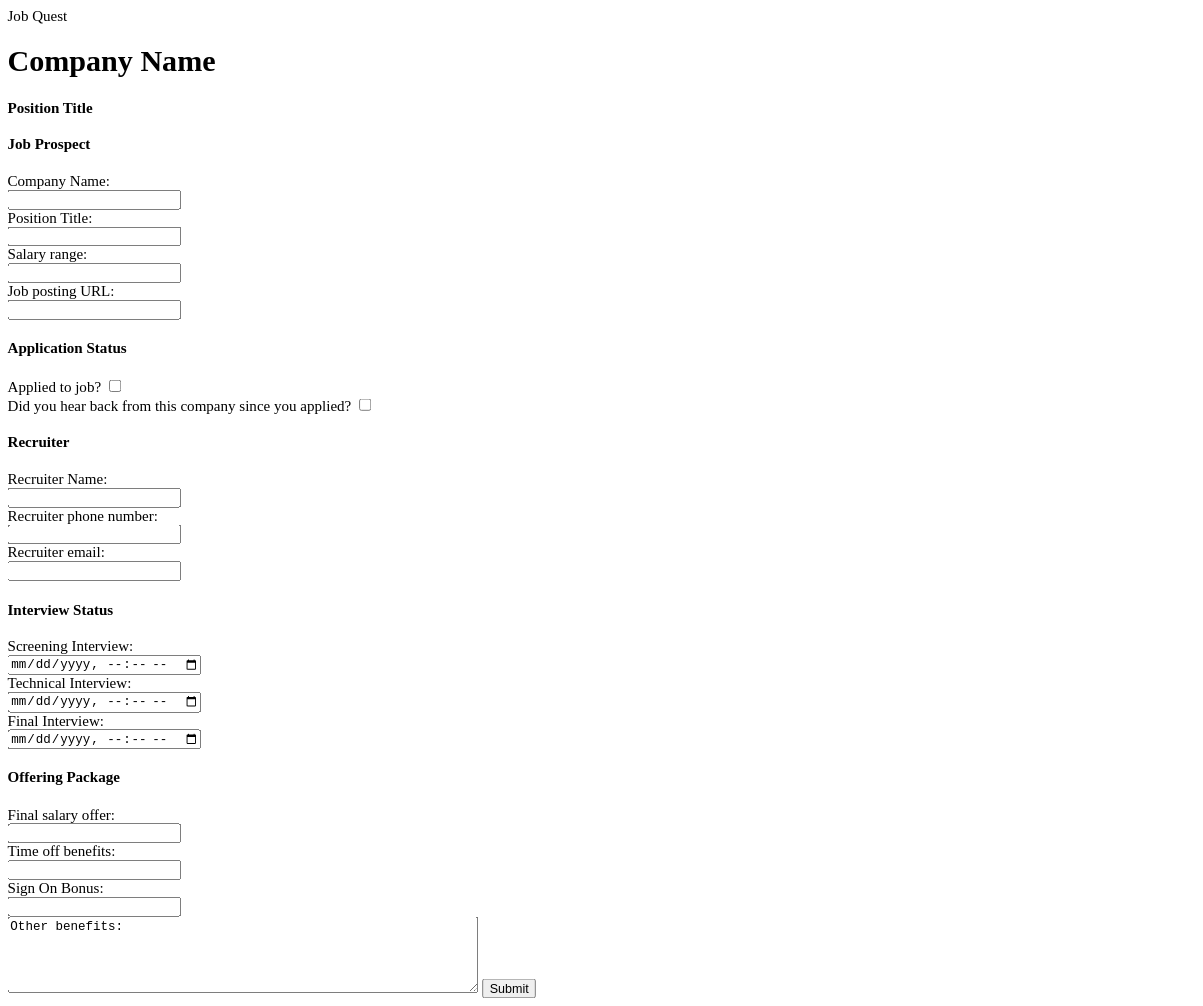
Repository: AllSystemsRGeorge/Job-Quest
Page: utils/mainPageHelper.html
The author's editor kept a copy of each file at every save. The page is drawn from the files as they stood at one save, then again after the next save.
The browser window is 1280 px wide. The pictures show the whole page, at 94% of full size.

Above is the page before, as saved 2022-08-04 17:57:46.

After the next save:
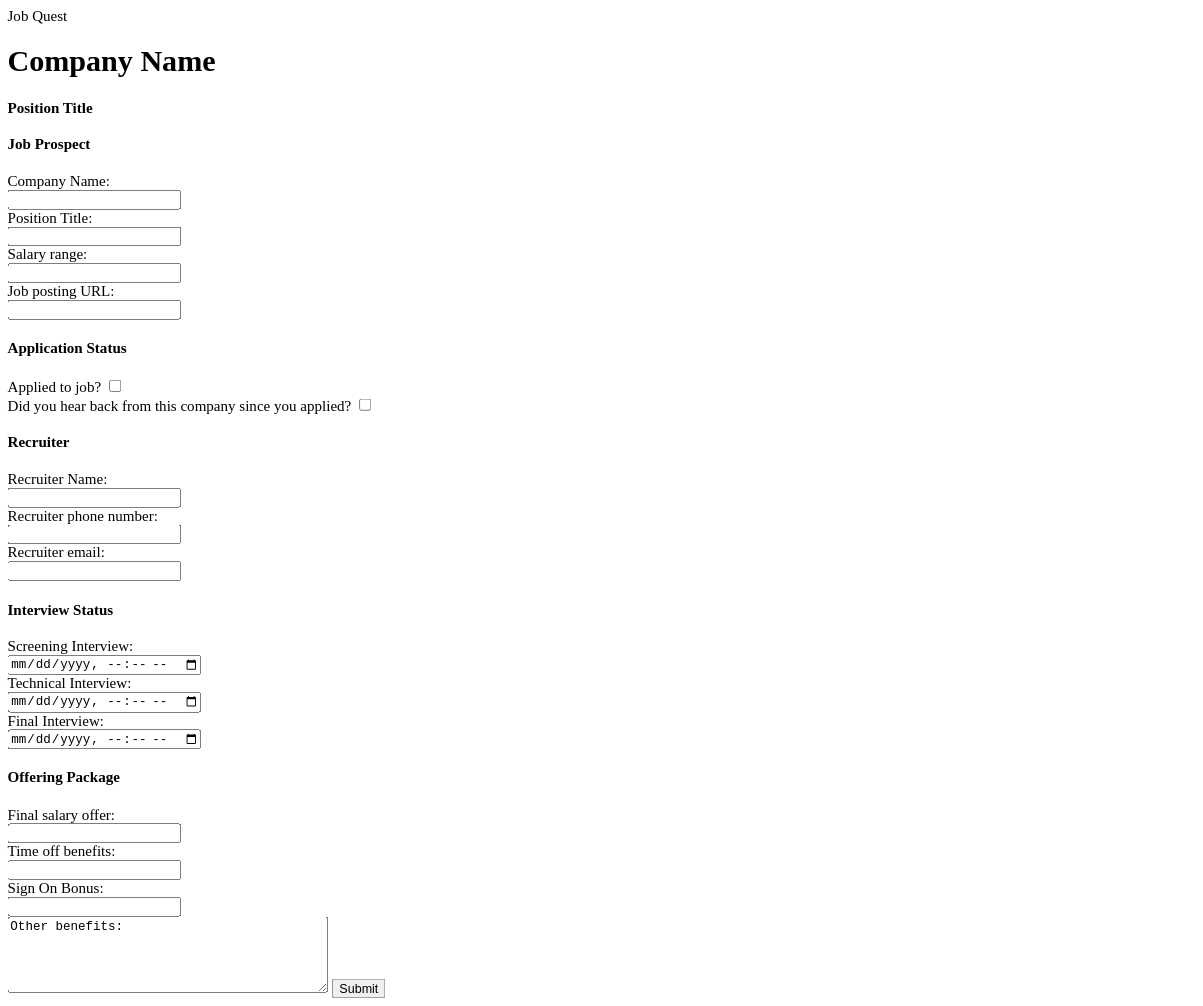
Saved 12 s later.
--- a/utils/mainPageHelper.html
+++ b/utils/mainPageHelper.html
@@ -59,7 +59,7 @@
         <input type="text" name="finalSalary"><br>
         <label for="stockOpt">Sign On Bonus:</label><br>
         <input type="number" name="finalSalary"><br>
-        <textarea name="otherBenefits" id="" cols="60" rows="5">Other benefits:</textarea>
+        <textarea name="otherBenefits" id="" cols="40" rows="5">Other benefits:</textarea>
 
         <input type="submit">
     </form>
